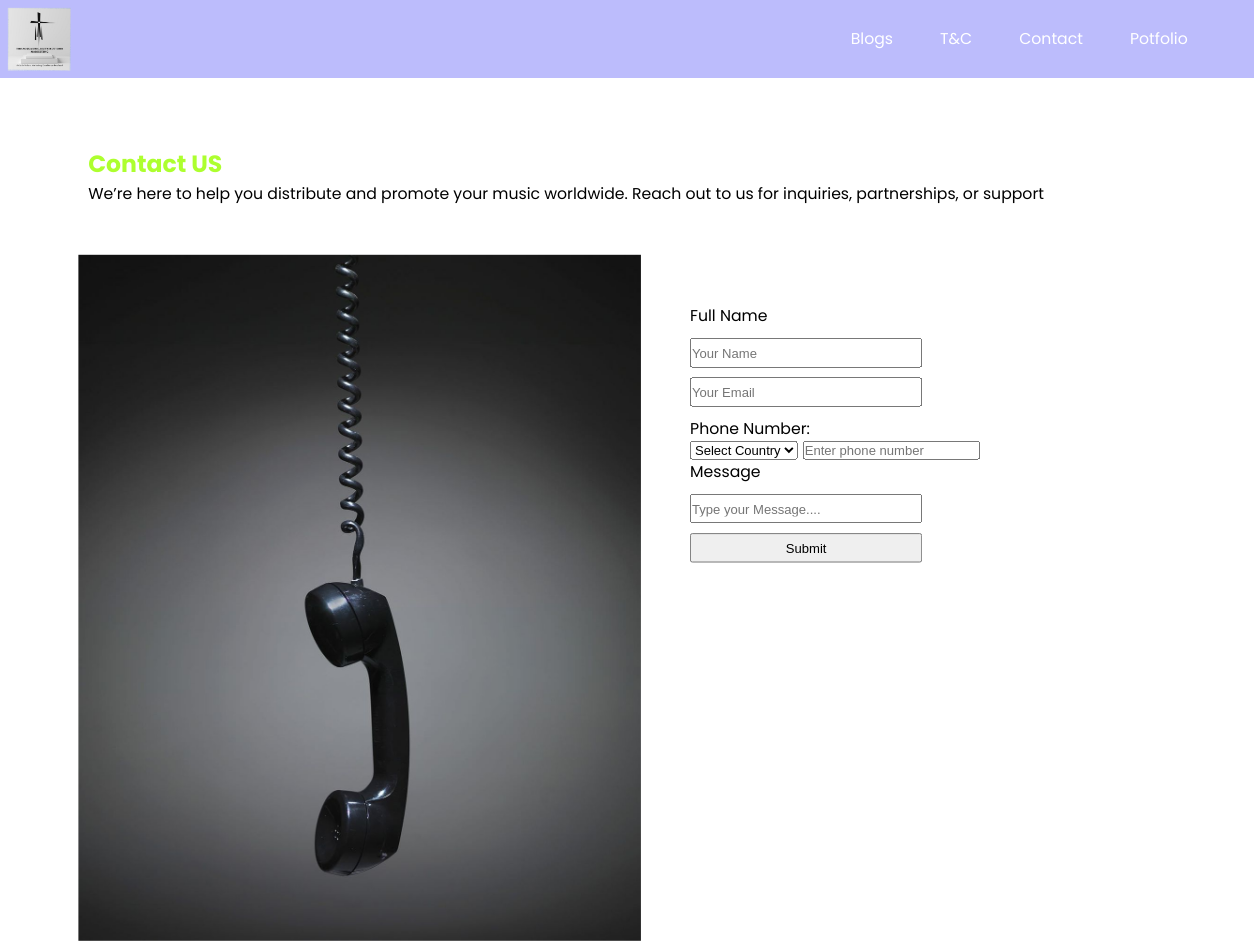
Repository: Ikebobo11/theboss
Page: contact.html
These files come from the project's save history. The page is drawn as it stood at one moment and after a run of saves; the edit follows.
The browser window is 1280 px wide. The pictures show the whole page, at 98% of full size.

Above is the page before, as saved 2025-08-15 09:25:02.

After the next 6 saves:
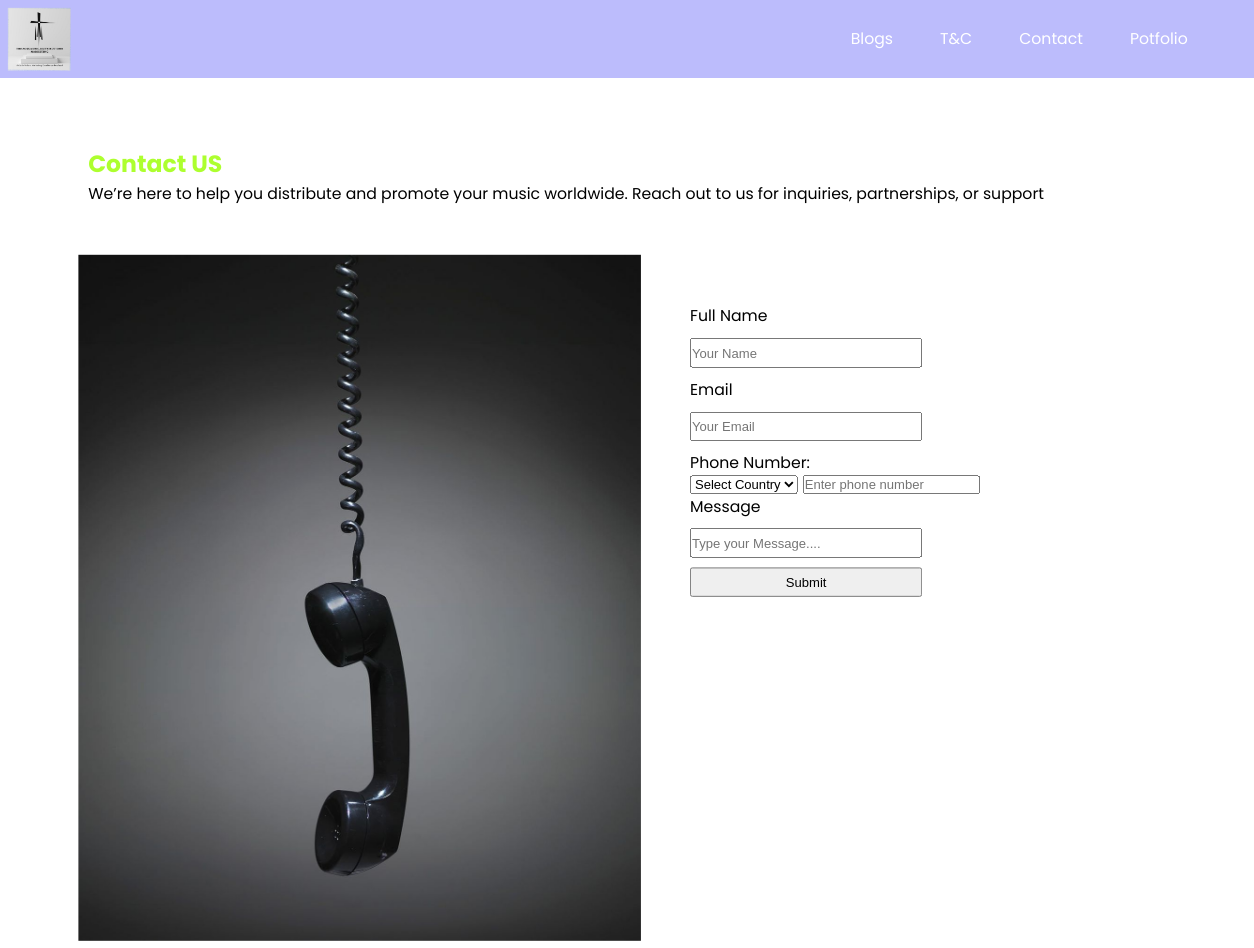
The 6 saves are shown as one change because they came seconds apart.
The last was saved 22 s later.
--- a/contact.html
+++ b/contact.html
@@ -45,7 +45,7 @@
                 <form action="" method="post">
                   <label for="name">Full Name</label>
                   <input name="Full Name" id="name" placeholder="Your Name" required/>
-                  <label for="Email"></label>
+                  <label for="Email">Email</label>
                   <input name="Email" id="Email" placeholder="Your Email" required/>
                   <label for="phone">Phone Number:</label>
                 <div style="display: flex; gap: 5px;">
